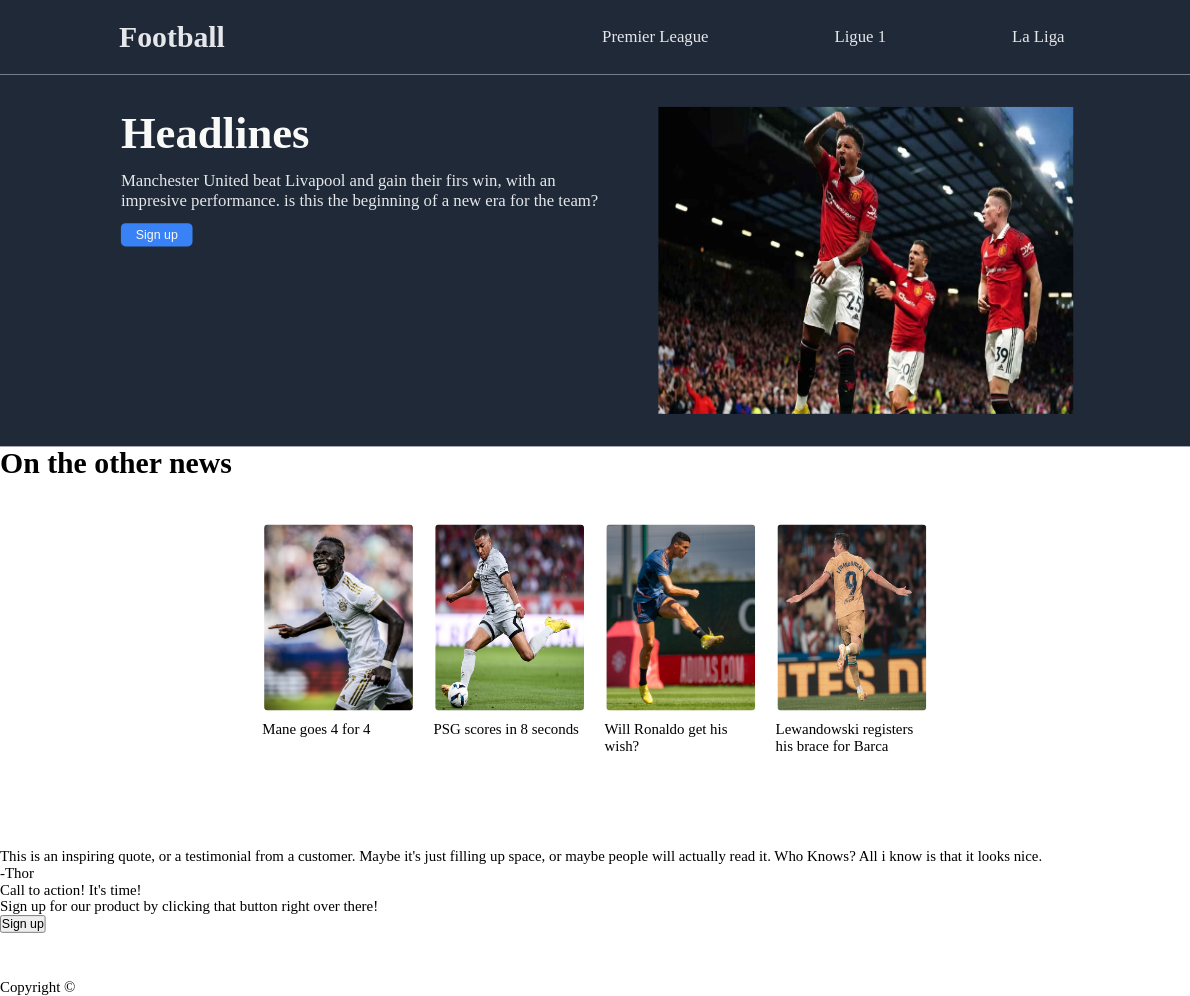
Repository: MhlengiNgubane/Brainnest_CSS
Page: index.html
These files come from the project's save history. The page is drawn as it stood at one moment and after a run of saves; the edit follows.
The browser window is 1280 px wide. The pictures show the whole page, at 93% of full size.

Above is the page before, as saved 2022-08-28 00:27:51.

### index.html
<!DOCTYPE html>
<html lang="en">
<head>
    <meta charset="UTF-8">
    <meta http-equiv="X-UA-Compatible" content="IE=edge">
    <meta name="viewport" content="width=device-width, initial-scale=1.0">
    <title>Home</title>

    <link rel="stylesheet" href="./css/style.css">
</head>
<body>
    <header class="logo-links">
        <h1>
            <a href="index.html">Football</a>
        </h1>
        <nav class="links">
            <a href="./pages/link1.html">Premier League</a>
            <a href="./pages/link2.html">Ligue 1</a>
            <a href="./pages/link3.html">La Liga</a>
        </nav>
    </header>
    <section class="hero">
        <aside class="hero-text">
            <h2 class="hero-text-one">Headlines</h2>
            <p class="hero-text-two">
                Manchester United beat Livapool and gain their firs win,
                with an impresive performance.
                is this the beginning of a new era for the team?
            </p>
            <button type="button" class="hero-button">Sign up</button>
        </aside>
        <aside id="hero-img">
            <img
                src="./images/ManU.png"
                alt="Manchester United"
            />
        </aside>
    </section>
    <main>
        <h1>On the other news</h1>
        <section class="images">
            <figure>
                <img
                    src="./images/mane.png"
                    alt="Sadio Mane in bundesliga"
                />
                <figcaption>
                    Mane goes 4 for 4
                </figcaption>
            </figure>
            <figure>
                <img
                    src="./images/mbappe.png"
                    alt="Kylian Mbappe"
                />
                <figcaption>
                    PSG scores in 8 seconds
                </figcaption>
            </figure>
            <figure class="main-three">
                <img
                    src="./images/ronaldo.png"
                    alt="Cristiano Ronaldo"
                />
                <figcaption>
                    Will Ronaldo get his<br/> wish?
                </figcaption>
            </figure>
            <figure class="main-four">
                <img
                    src="./images/lewandowski.png"
                    alt="Robert Lewandowski"
                />
                <figcaption>
                    <p>Lewandowski registers<br/> his brace for Barca</p>
                </figcaption>
            </figure>
        </section>
        <section>
            <blockquote>
                This is an inspiring quote, or a testimonial from a customer.
                Maybe it's just filling up space, or maybe people will actually
                read it. Who Knows? All i know is that it looks nice.
            </blockquote>
            <p class="quote-text-auth">-Thor</p>
        </section>
        <section class="call-action">
            <p class="call-text-one">Call to action! It's time!</p>
            <p class="call-text-two">Sign up for our product by clicking that button right over there!</p>
            <side class="call-button">
                <button type="button">Sign up</button>
            </side>
        </section>
    </main>
    <footer>
        <p>Copyright ©</p>
    </footer>
</body>
</html>

### css/style.css
* {
    box-sizing: border-box;
    margin: 0;
    padding: 0;
}

header {
    position: fixed;
    left: 0;
    top: 0;
    height: 79.88px;
    width: 100%;
    color: #F9FAF8;
    display: flex;
    justify-content: space-between;
    align-items: center;
    background-color: #1F2937;
}

header h1 {
    display: flex;
    flex: 1;
    align-items: center;
    padding: 0 10%;
}

nav {
    display: flex;
    flex-direction: row;
    justify-content: space-evenly;
    color: #E5E7EB;
    font-size: 18px;
    flex: 3;
}

a {
    text-decoration: none;
    color: #E5E7EB;
}

.hero {
    margin-top: 79.88px;
    display: flex;
    flex-direction: row;
    height: 400px;
    width: 100%;
    background-color: #1F2937;
}

.hero aside {
    flex: 1;
    margin-left: 130px;
    margin-right: 20px;
    margin-top: 35px;
    margin-bottom: 35px;
}
.hero-text-one {
    color: #F9FAF8;
    font-size: 48px;
    margin: 0px;
}
.hero-text-two {
    color: #E5E7EB;
    font-size: 18px;
    margin-top: 14px;
    margin-bottom: 14px;
}
.hero-button {
    background-color: #3882F6;
    border-radius: 5px;
    color: #F9FAF8;
    border:none;
    padding: 5px 16px;
}
#hero-img {
    flex: 1;
    margin-left: 20px;
    margin-right: 35px;
    margin-top: 35px;
    margin-bottom: 45px;
    height: 330px;
    width: 400px;
}
#hero-img img {
    height: 330px;
    width: 446.5px;
}
main {
    margin-bottom: 50px;
}
.main-header {
    color: #1F2937;
    text-align: center;
    font-size: 36px;
}
.images {
    display: flex;
    flex-direction: row;
    justify-content: center;
    height: 350px;
    width: 100%;
    padding-top: 30px;
    padding-bottom: 30px;
    margin-bottom: 45px;
}
figure {
    padding: 15px 10px;
}
figure img {
    height: 200px;
    width: 160px;
    border-radius: 4px;
    margin: 2px
}
figcaption{
    margin-top: 5px;
    margin-bottom: 0px;
    margin-right: 1px;
}

After the next 6 saves:
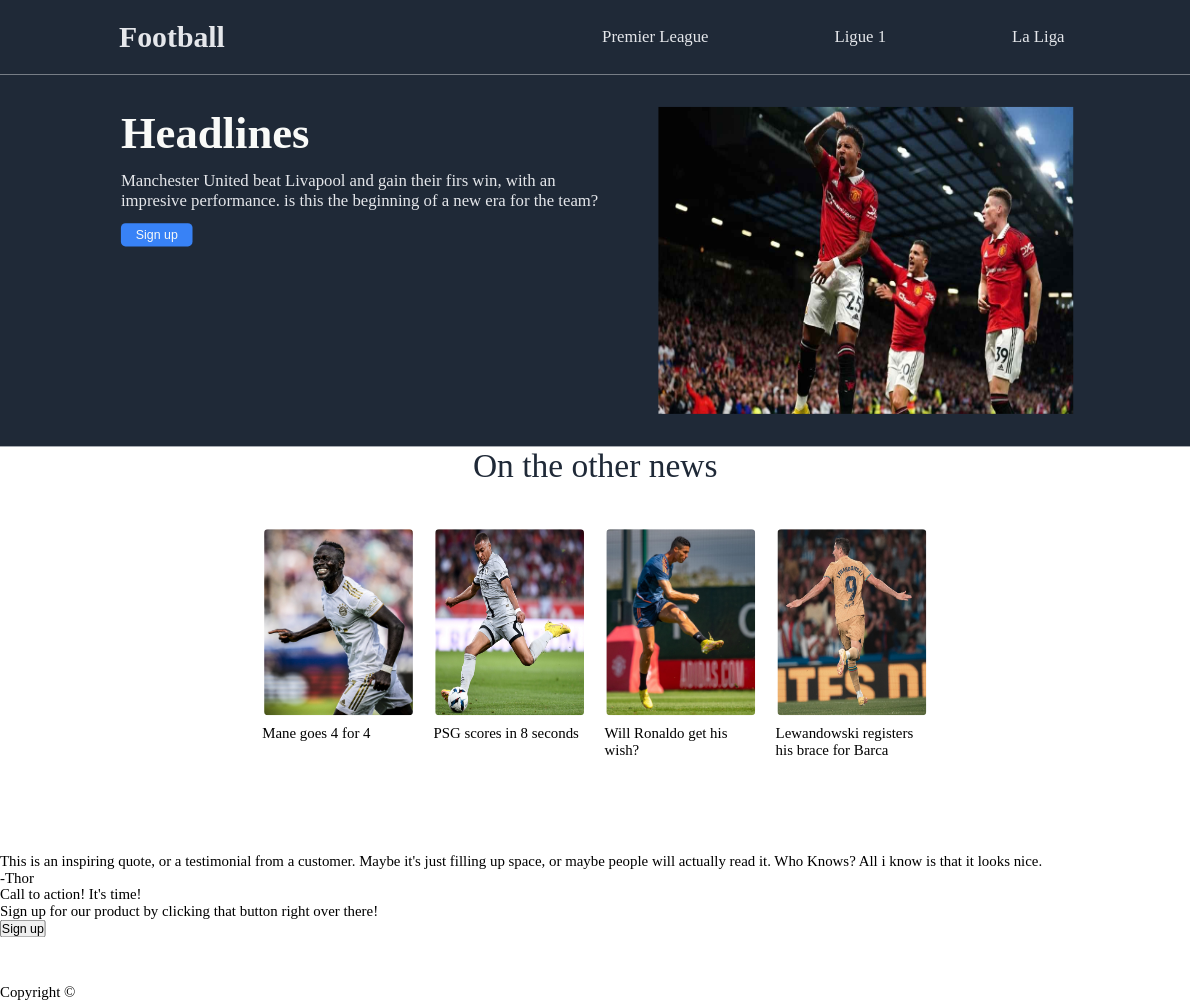
The 6 saves are shown as one change because they came seconds apart.
The last was saved 14 s later.
--- a/index.html
+++ b/index.html
@@ -37,7 +37,7 @@
         </aside>
     </section>
     <main>
-        <h1>On the other news</h1>
+        <p class="main-header">On the other news</p>
         <section class="images">
             <figure>
                 <img
